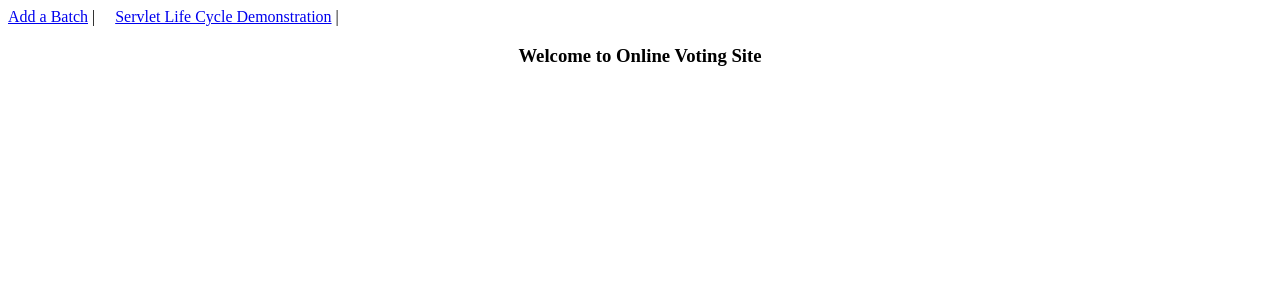
Repository: harshithkandula/Myfirstpractice
Page: ServletFirstProject/src/main/webapp/index.html
The author's editor kept a copy of each file at every save. The page is drawn from the files as they stood at one save, then again after the next save.
The browser window is 1280 px wide. The pictures show the whole page.

Above is the page before, as saved 2024-02-10 15:48:29.

After the next save:
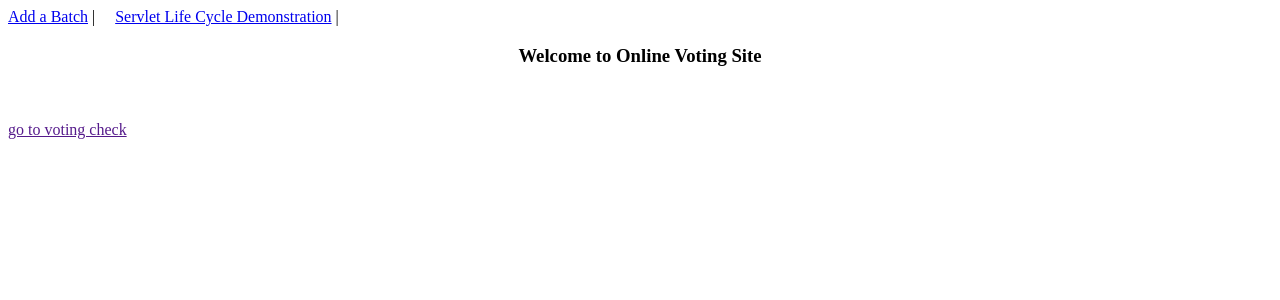
Saved 60 s later.
--- a/ServletFirstProject/src/main/webapp/index.html
+++ b/ServletFirstProject/src/main/webapp/index.html
@@ -10,6 +10,9 @@
 
       <center><h3>Welcome to Online Voting Site</h3></center>
 
+      <br>
+      <br>
 
+      <a href="">go to voting check</a>
 </body>
 </html>
